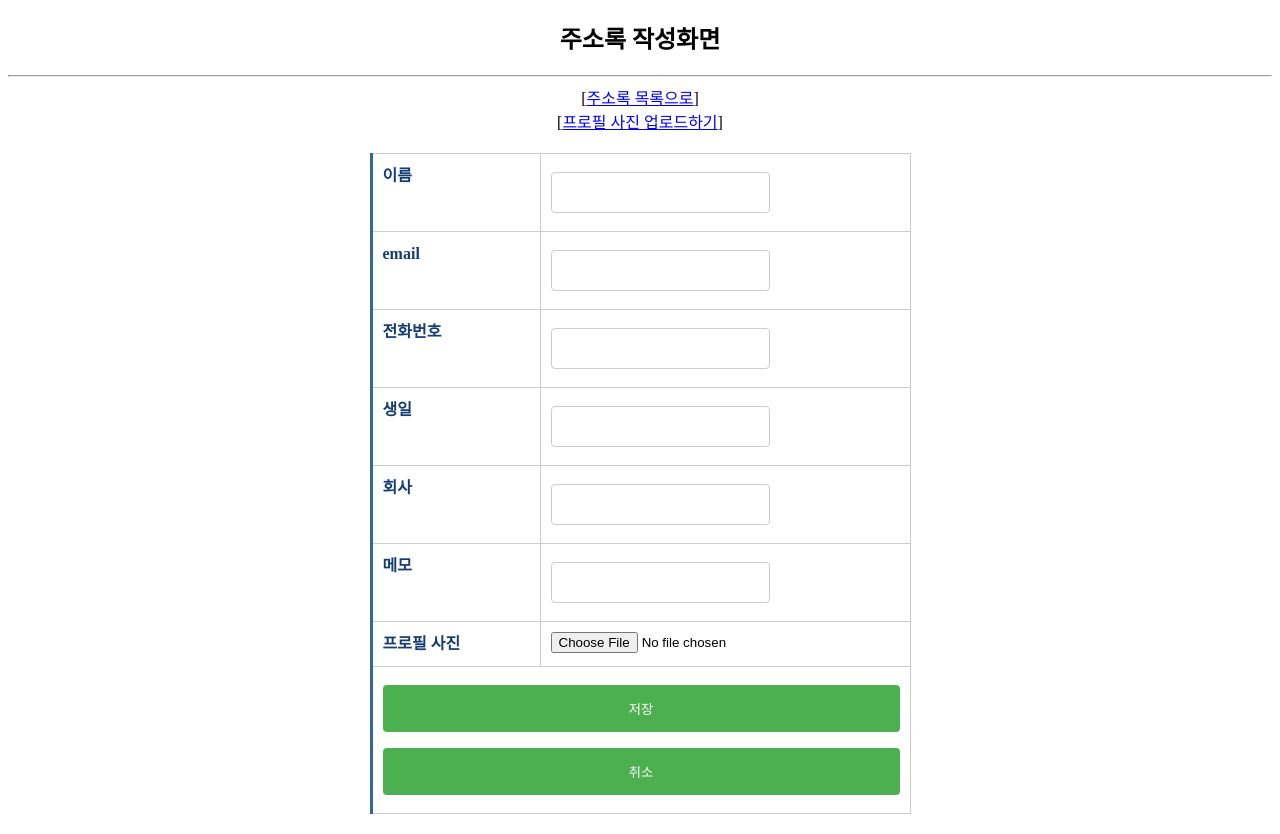
Repository: LeeHyukJe/jsp-bit
Page: http://localhost/jsp2/addrbook/addrbook_form.jsp
An editor plug-in stored every save of this project. The page is shown before and after the next save, followed by the edit.
The browser window is 1280 px wide. The pictures show the whole page.
The page is served by Tomcat 9.

Above is the page before, as saved 2017-09-20 05:44:35.

After the next save:
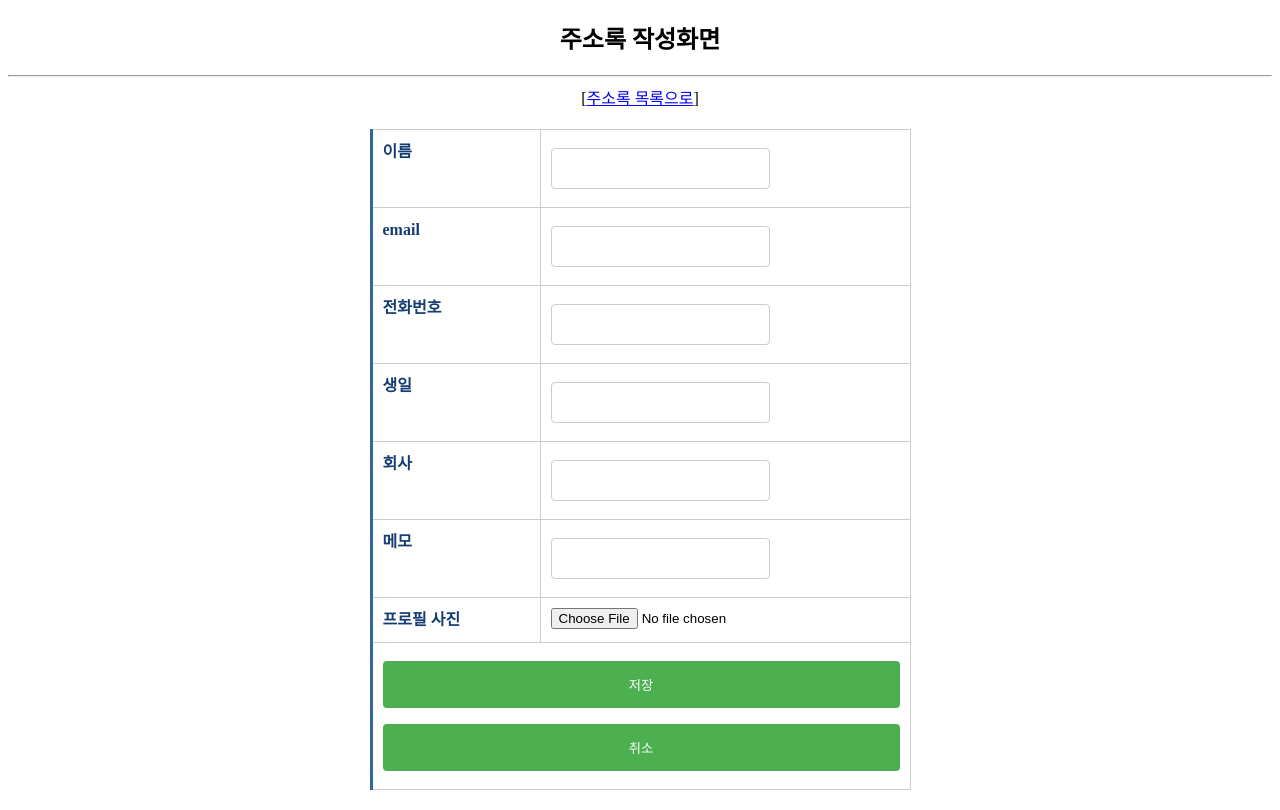
Saved 8 s later.
--- a/jsp2/WebContent/addrbook/addrbook_form.jsp
+++ b/jsp2/WebContent/addrbook/addrbook_form.jsp
@@ -18,7 +18,6 @@
     <h2>주소록 작성화면</h2>
     <hr>
     [<a href=addrbook_list.jsp>주소록 목록으로</a>]<br>
-    [<a href="Profile_pic.jsp">프로필 사진 업로드하기</a>]
     <p>
     <form name="form1" method="post" action="addrbook_control.jsp">
         <input type="hidden" name="action" value="insert">
